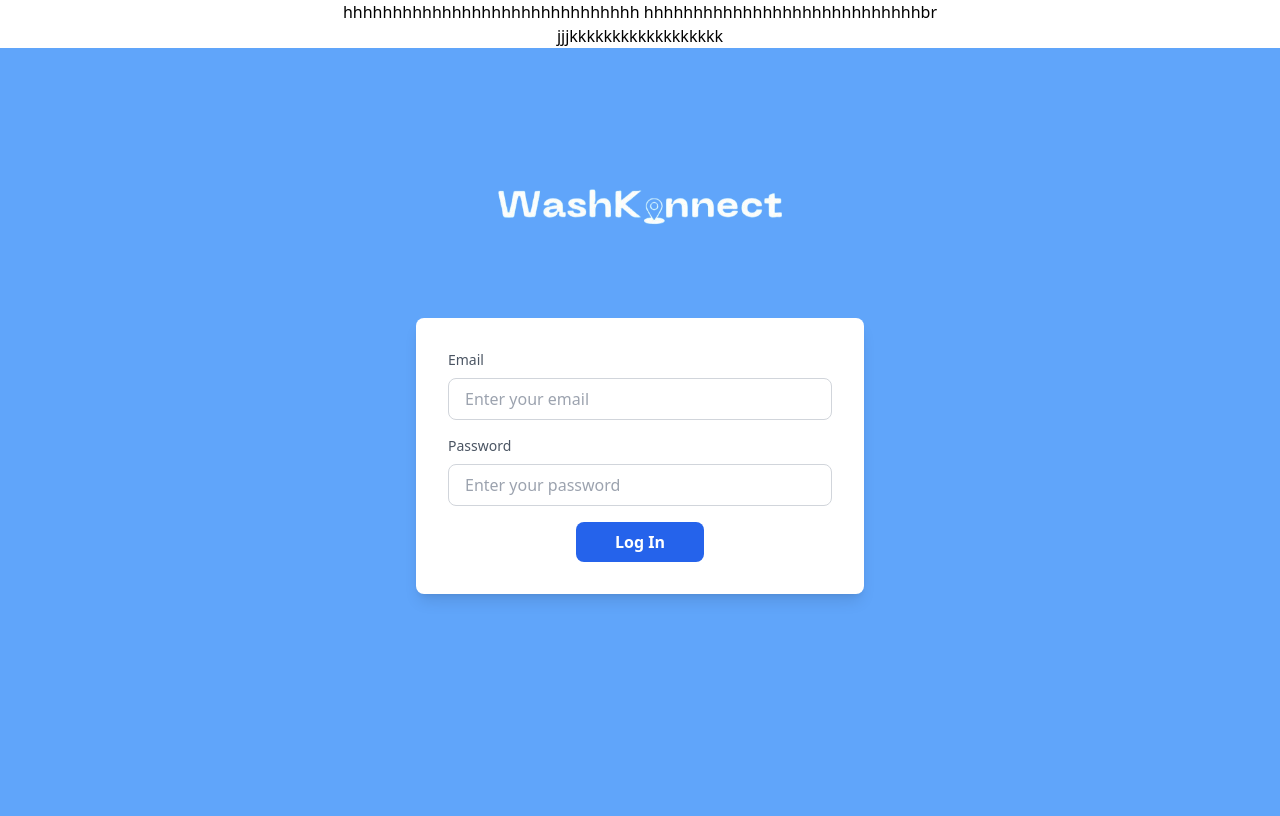
Repository: TEKVOLUTION-LTD/Admin-washKonnect
Page: / (app in Admin-WashKonnect/)
The author's editor kept a copy of each file at every save. The page is drawn from the files as they stood at one save, then again after the next save.
The browser window is 1280 px wide. The pictures show the whole page.
The project was rebuilt for these pictures with package versions that can differ from the ones it lists, and the page was loaded fresh each time. Also part of the build but not shown: Admin-WashKonnect/vite.config.js, Admin-WashKonnect/src/pages/Transaction.jsx, Admin-WashKonnect/src/pages/serviceProvider.jsx.

Above is the page before, as saved 2024-11-13 15:18:24.

After the next save:
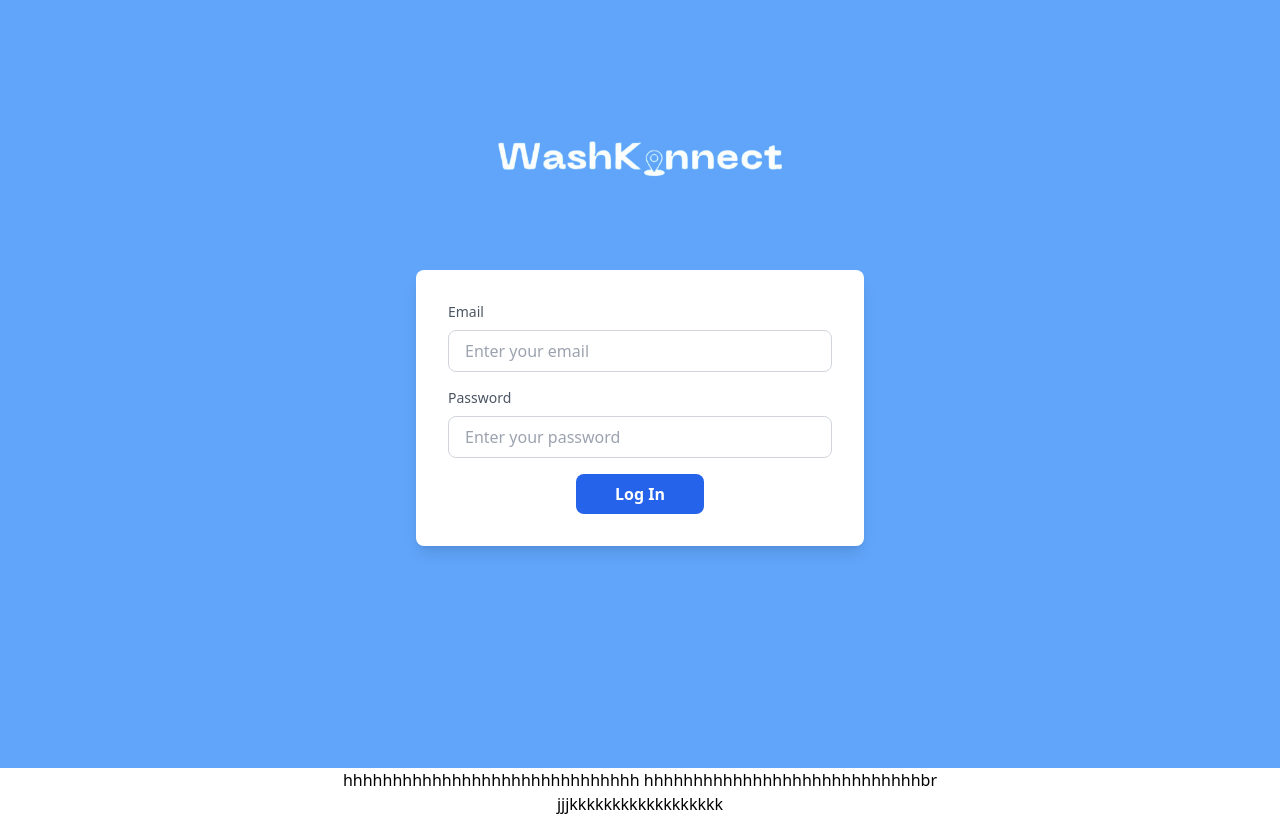
Saved 41 s later.
--- a/Admin-WashKonnect/src/App.jsx
+++ b/Admin-WashKonnect/src/App.jsx
@@ -23,9 +23,10 @@ function App() {
 
   return (
     <>
+    <div className=''>    <Login /> </div>
+
 <RouterProvider router={router} />
 
-    <div className=''>    <Login /> </div>
 
     </>
   )
